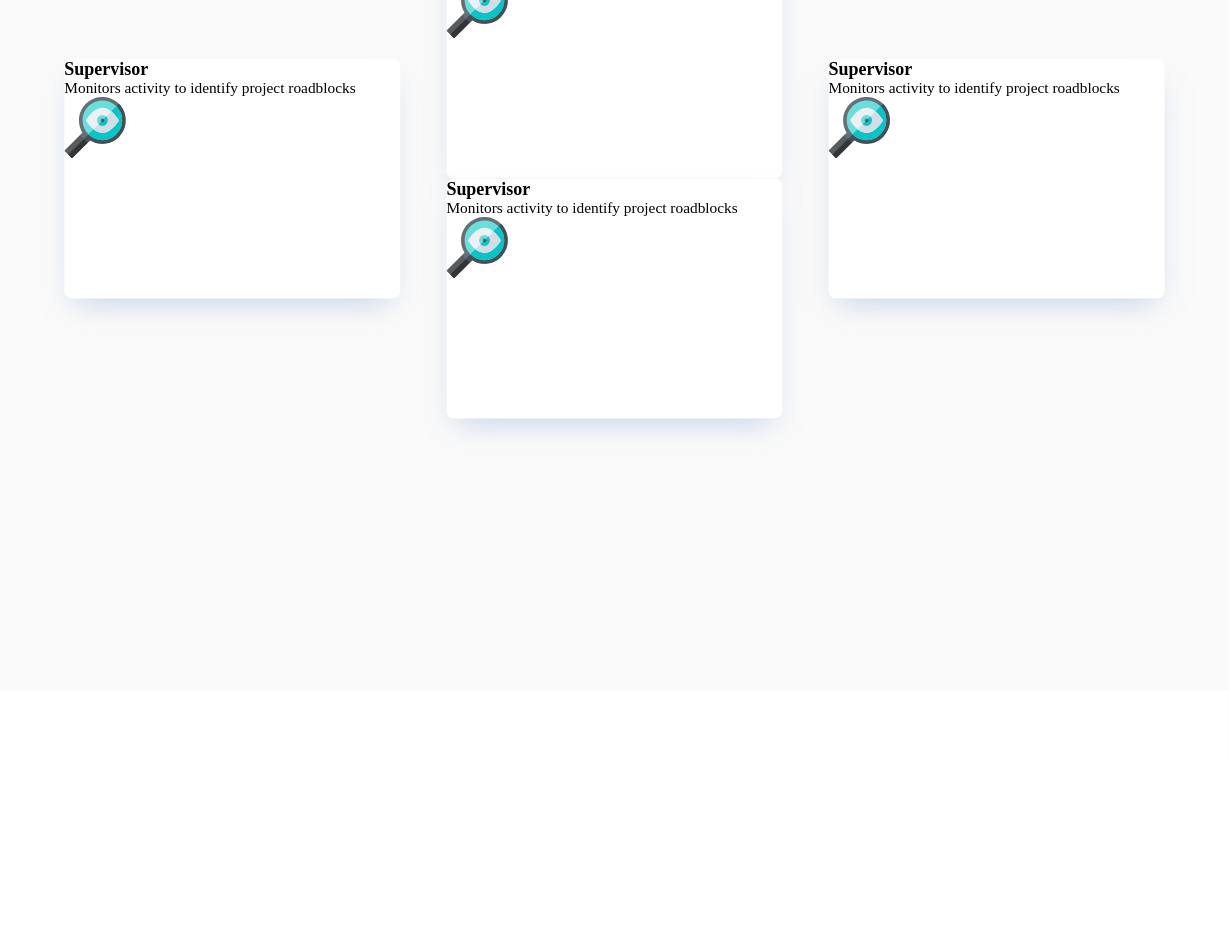
Repository: brandontaylor1/four-card-feature
Page: index.html
These files come from the project's save history. The page is drawn as it stood at one moment and after the next save; the edit follows.
The browser window is 1280 px wide. The pictures show the whole page, at 96% of full size.

Above is the page before, as saved 2025-01-09 23:05:02.

After the next save:
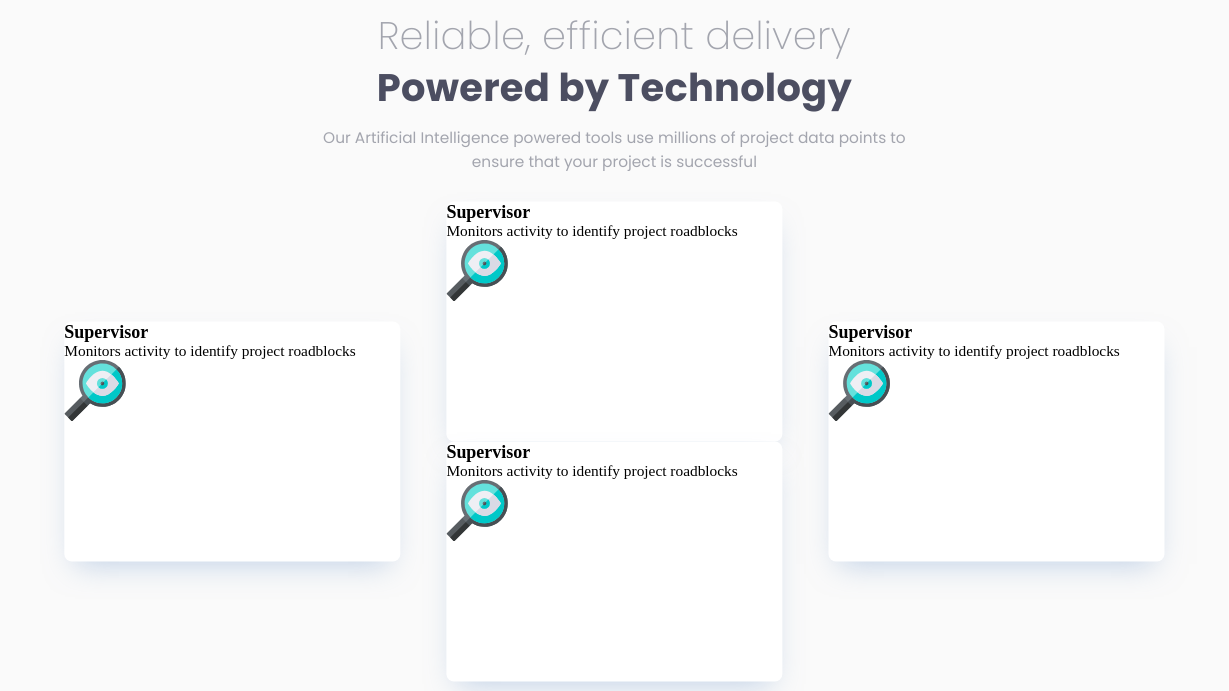
Saved 69 s later.
--- a/styles.css
+++ b/styles.css
@@ -68,8 +68,11 @@
     justify-content: center;
     align-items: center;
     grid-template-columns: repeat(3, 1fr);
-    grid-template-rows: repeat(2, 1fr);
     gap: 3rem;
+}
+
+.column-container > .card:nth-child(3) {
+    margin-top: 3rem;
 }
 
 .card {
